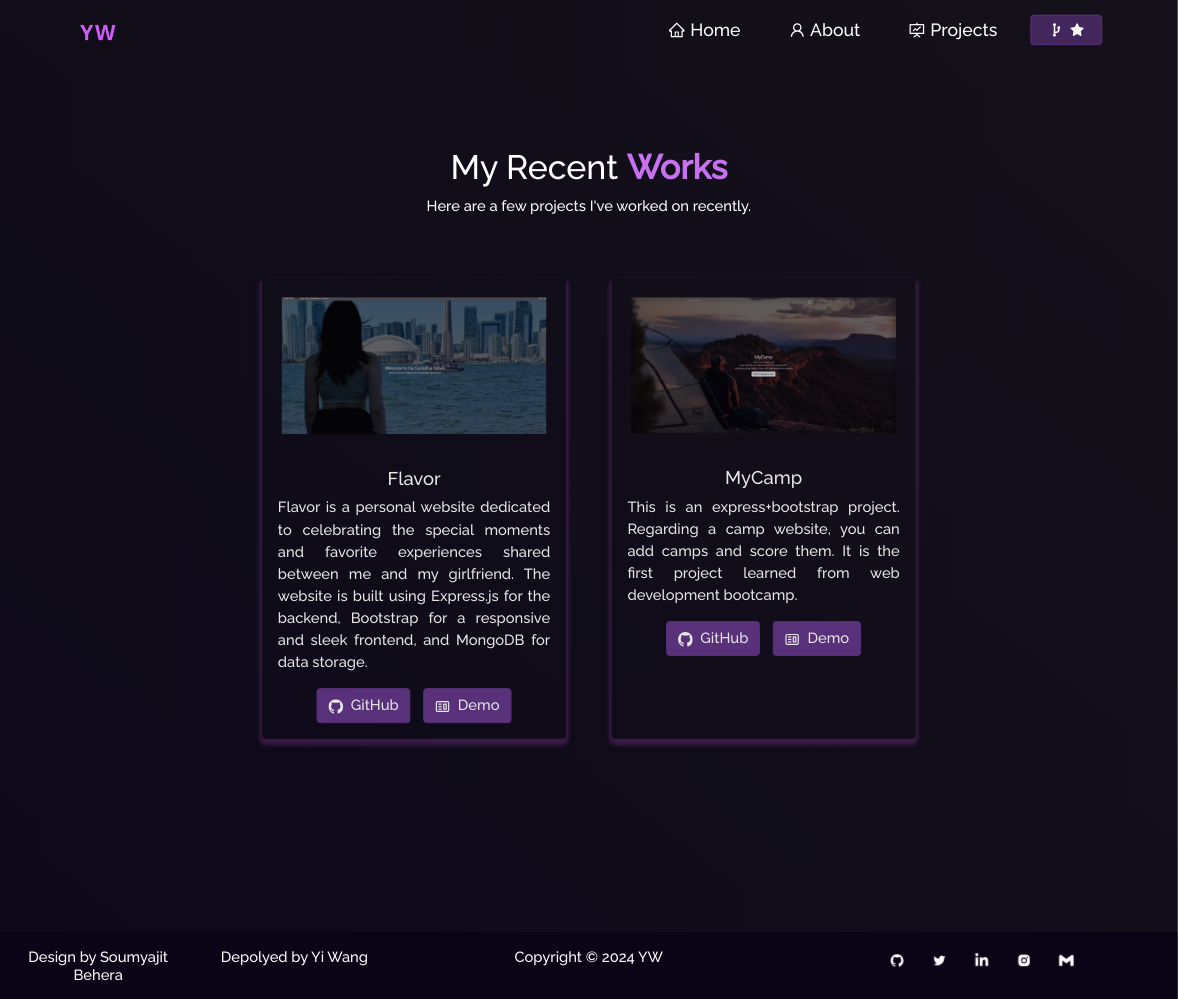
Repository: YiWang24/Portfolio
Page: /project
These files come from the project's save history. The page is drawn as it stood at one moment and after a run of saves; the edit follows.
The browser window is 1280 px wide. The pictures show the whole page, at 92% of full size.
The project was rebuilt for these pictures with package versions that can differ from the ones it lists, and the page was loaded fresh each time. Also part of the build but not shown: src/components/Home/Home2.js, src/components/Home/Type.js, src/components/Home/Home.js, src/components/About/Github.js, src/components/About/Techstack.js, src/components/About/AboutCard.js, src/components/About/Toolstack.js, src/components/About/About.js and 1 more. Imported but missing from the stored project, and not drawn on this page: src/Assets/Soumyajit_Behera-BIT_MESRA.pdf.

Above is the page before, as saved 2024-09-19 22:18:44.

After the next 2 saves:
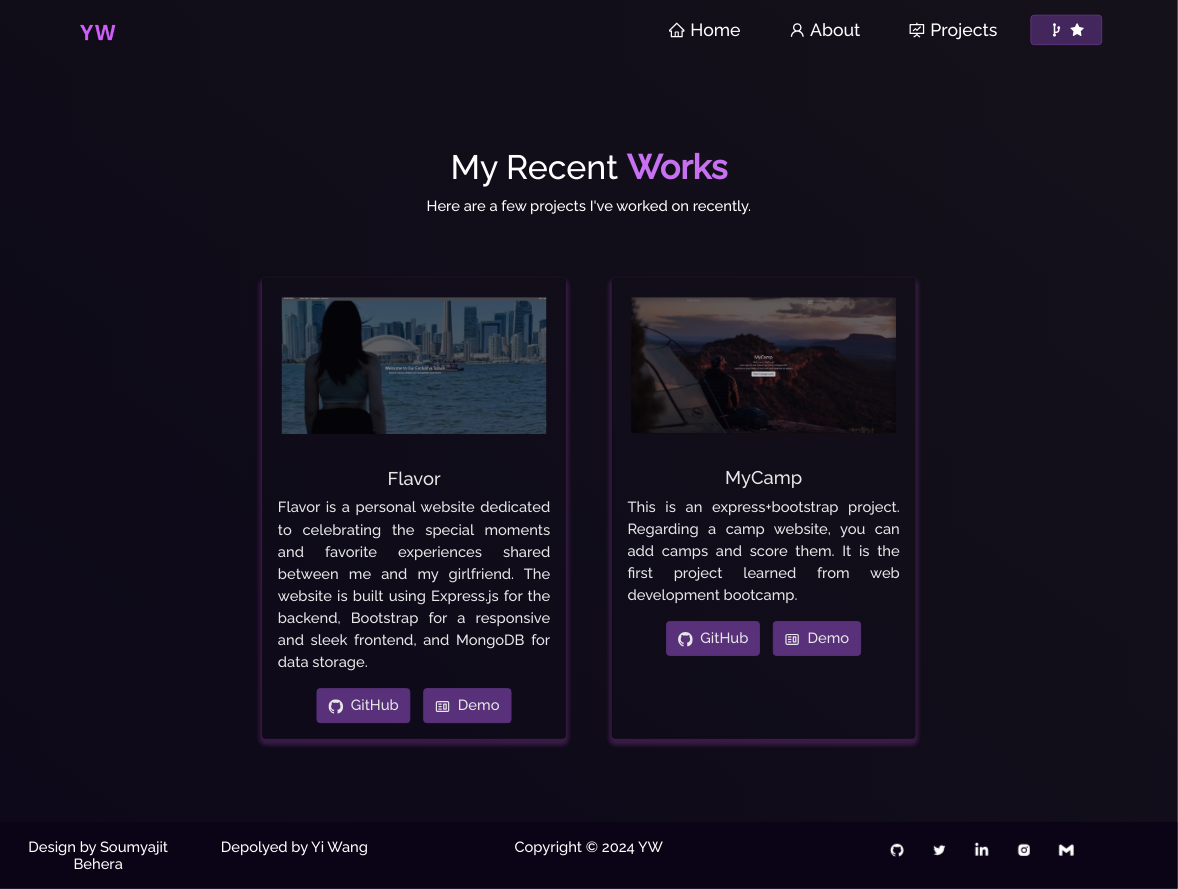
The 2 saves are shown as one change because they came seconds apart.
The last was saved 3 min 44 s later.
--- a/src/components/Projects/Projects.js
+++ b/src/components/Projects/Projects.js
@@ -38,11 +38,7 @@ function Projects() {
             />
           </Col>
         </Row>
-        <br />
-        <br />
-        <br />
-        <br />
-        <br />
+
       </Container>
     </Container>
   );
